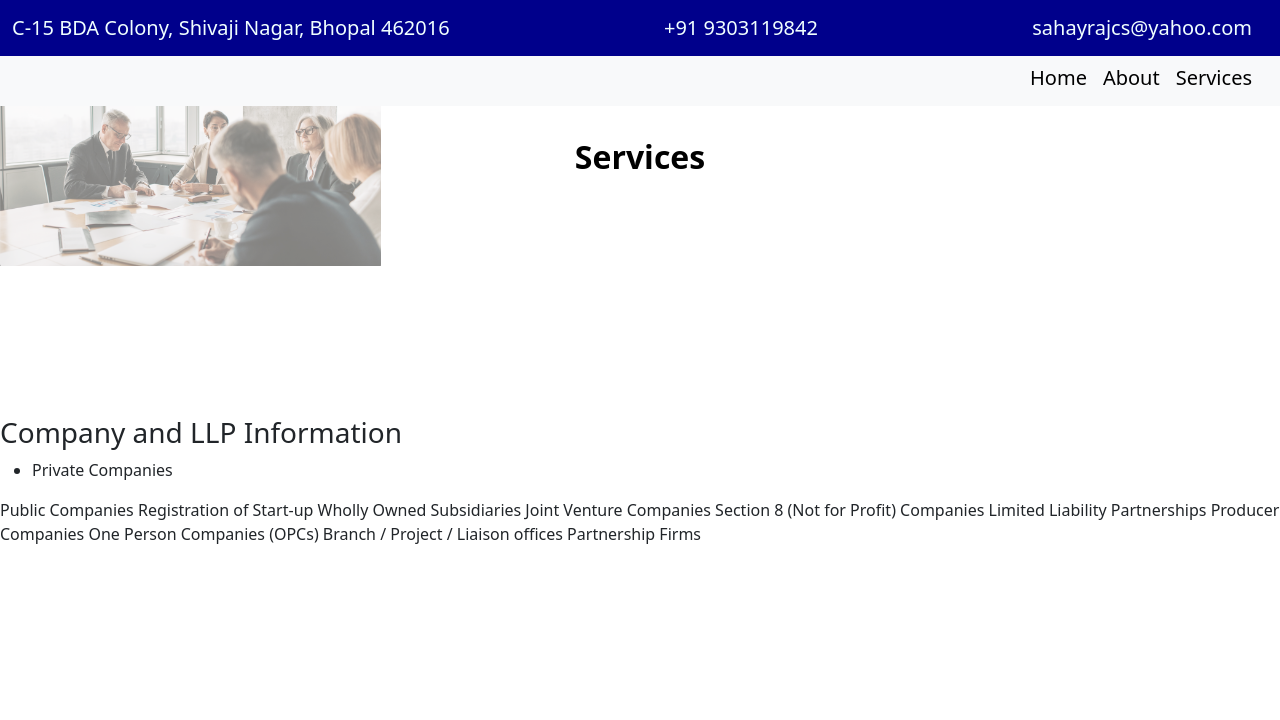
Repository: aayushiss/CS-RSS
Page: services.html
The author's editor kept a copy of each file at every save. The page is drawn from the files as they stood at one save, then again after the next save.
The browser window is 1280 px wide. The pictures show the whole page.

Above is the page before, as saved 2025-05-16 00:07:05.

After the next save:
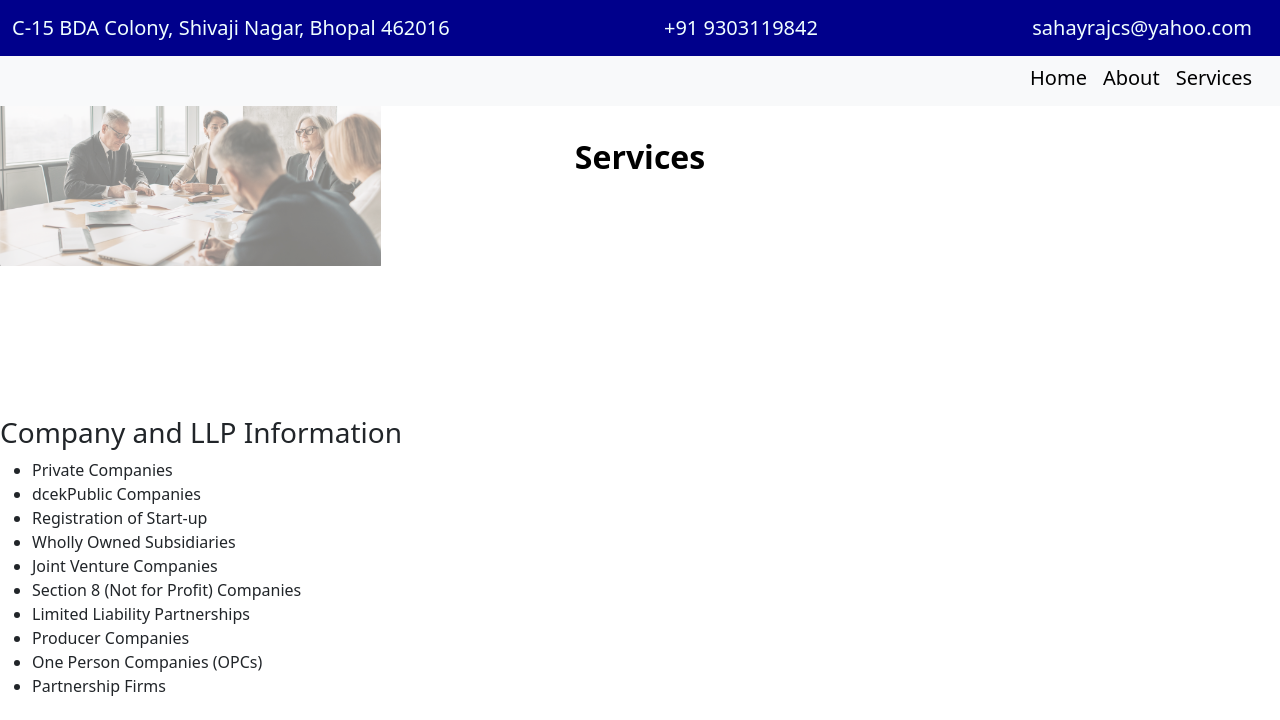
Saved 82 s later.
--- a/services.html
+++ b/services.html
@@ -37,18 +37,24 @@
   <h3>Company and LLP Information</h3>
 <ul>
     <li>Private Companies</li>
+    <li>dcekPublic Companies</li>
+    <li>Registration of Start-up</li>
+    <li>Wholly Owned Subsidiaries
+    </li>
+    <li>Joint Venture Companies
+    </li>
+    <li>Section 8 (Not for Profit) Companies
+    </li>
+    <li>Limited Liability Partnerships
+    </li>
+    <li>Producer Companies
+    </li>
+    <li>One Person Companies (OPCs)
+    </li>
+    <li>Partnership Firms
+    </li>
+
 </ul>
 
 </body>
 </html>
-
-Public Companies
-Registration of Start-up
-Wholly Owned Subsidiaries
-Joint Venture Companies
-Section 8 (Not for Profit) Companies
-Limited Liability Partnerships
-Producer Companies
-One Person Companies (OPCs)
-Branch / Project / Liaison offices
-Partnership Firms
